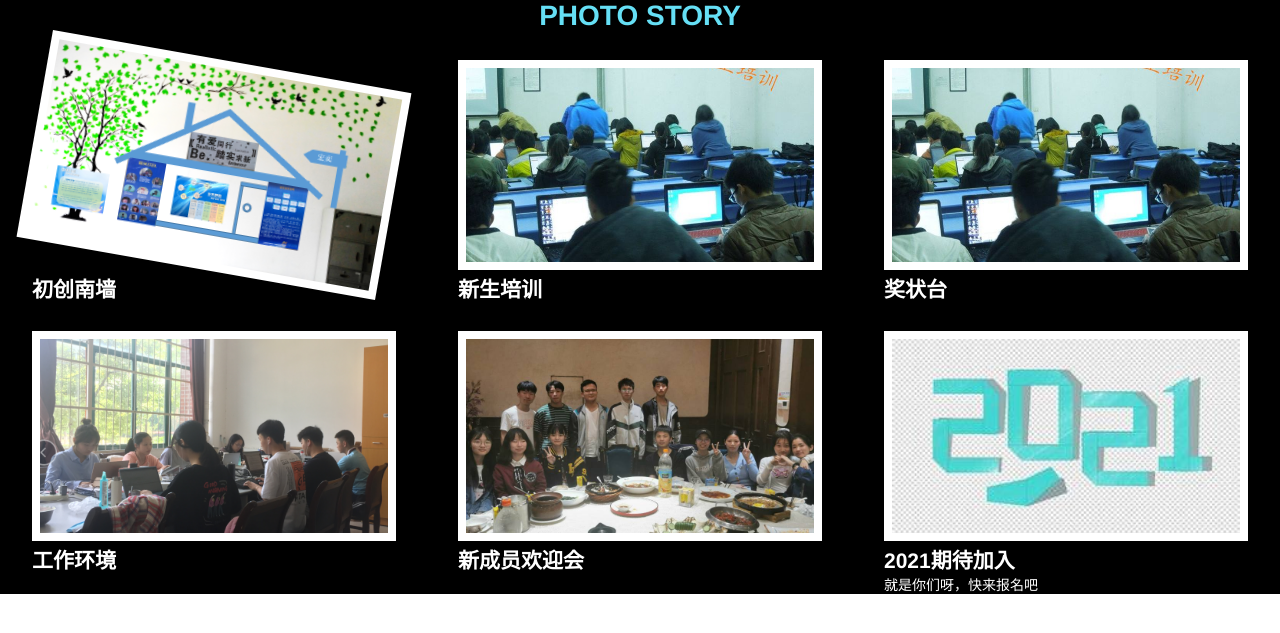
Repository: Homyit20/website
Page: /#/photo
These files come from the project's save history. The page is drawn as it stood at one moment and after the next save; the edit follows.
The browser window is 1280 px wide. The pictures show the whole page.
The project was rebuilt for these pictures with package versions that can differ from the ones it lists, and the page was loaded fresh each time. Also part of the build but not shown: vue.config.js.

Above is the page before, as saved 2021-08-10 15:08:06.

### public/index.html
<!DOCTYPE html>
<html lang="">
  <head>
    <meta charset="utf-8">
    <meta http-equiv="X-UA-Compatible" content="IE=edge">
    <meta name="viewport" content="width=device-width,initial-scale=1.0">
    <link rel="icon" href="<%= BASE_URL %>favicon.ico">
    <!-- <title><%= htmlWebpackPlugin.options.title %></title> -->
    <title><%= htmlWebpackPlugin.options.title %></title>
    <style>
      *{
        cursor: url("火箭.ico"),auto;
      }
      .body{
        overflow-x: hidden;
      }
    </style>
  </head>
  <body class="body">
    <noscript>
      <strong>We're sorry but <%= htmlWebpackPlugin.options.title %> doesn't work properly without JavaScript enabled. Please enable it to continue.</strong>
    </noscript>
    <div id="app"></div>
    <!-- built files will be auto injected -->
  </body>
</html>

### src/main.js
import Vue from 'vue'
import App from './App.vue'
import router from './router'
import store from './store'
// import VueCookies from 'vue-cookies'
// import axios from 'axios'
// import VueAxios from 'vue-axios'
import 'animate.css/animate.min.css'
// Vue.use(VueCookies)
// Vue.use(VueAxios, axios);

Vue.config.productionTip = false

new Vue({
  router,
  store,
  render: h => h(App),
}).$mount('#app')

//报名成功或者已报名才可进入二维码页面
router.beforeEach((to, from, next) => {
  //路由导航
  if (to.meta.islogin) {

    if (store.state.success == 1) {
      next()
    } else {
      next({
        path: from.path
      })
    }
  } else {

    if (to.meta.islogin) {
      if (store.state.success == 1) {
        next()
      } else {
        next({
          path: from.path
        })
      }
    } else {
      next()
    }
  }
})
window.onload = function(){
  document.title = "HOMYIT STUDIO"
}

### src/App.vue
<template>
  <div id="app">
    <router-view></router-view>
  </div>
</template>

<script>
// import NavBar from "./components/enter/enter.vue"
export default {
  name: "App"
};
</script>

<style>
* {
  margin: 0;
  padding: 0;
  box-sizing: border-box;
}
html {
  font-size: 14px;
}
#app {
  font-family: Avenir, Helvetica, Arial, sans-serif;
}
</style>

### src/router/index.js
import Vue from 'vue'
import VueRouter from 'vue-router'

Vue.use(VueRouter);

const routes = [
    {
        path: '/',
        redirect: '/enter',
        meta : {
            title : 'enter'
        }
    },
    {
        path: '/technique',
        component: () => import('../views/technique.vue'),
        meta : {
            title : 'technique'
        }
    },
    {
        path: '/develop',
        component: () => import('../views/develop.vue'),
        meta : {
            title : 'develop'
        }
    },
    {
        path: '/enter',
        component: () => import('../views/enter.vue'),
        meta : {
            title : 'enter'
        }
    },
    {
        path: '/login',
        component: () => import('../views/login.vue'),
        redirect: '/login/loginform',
        children: [{
            path: '/login/loginform',
            component: () => import('../components/content/loginform.vue'),
            meta : {
                title : 'login'
            }
        },
        {
            path: '/login/contact',
            component: () => import('../components/content/contact.vue'),
            meta: {
                islogin: true,
                title : 'contact'
            }
        }
        ]
    },
    {
        path: '/home',
        component: () => import('../views/Home.vue'),
        meta : {
            title : 'home'
        }
    }, {
        path: '/background',
        component: () => import('../views/background.vue'),
        meta : {
            title : 'background'
        }
    },
    {
        path : '/photo',
        component : () => import('../views/photo.vue')
    }
]

const router = new VueRouter({
    routes
})

export default router;

### src/store/index.js
import Vue from 'vue'
import Vuex from 'vuex'

Vue.use(Vuex)

const store = new Vuex.Store({
    state : {
        success : 0,
        isnav : false
    },
    mutations : {
        judge(state){
            state.success = 1
        }
    }
})

export default store;

### src/views/photo.vue
<template>
  <div class="photos-back">
    <h1>PHOTO STORY</h1>
    <div class="photo-content">
      <div class="photo-content-img">
        <img src="../assets/techlogin/images/南墙.png" class="photo-animate-one our-photo" @click="changephoto(0)">
        <h2>初创南墙</h2>
        <p></p>
      </div>
      <div class="photo-content-img">
        <img src="../assets/techlogin/images/新生培训.jpg" class="our-photo" @click="changephoto(1)">
        <h2>新生培训</h2>
      </div>
      <div class="photo-content-img">
        <img src="../assets/techlogin/images/新生培训.jpg" class="our-photo" @click="changephoto(2)">
        <h2>奖状台</h2>
      </div>
      <div class="photo-content-img">
        <img src="../assets/techlogin/images/工作环境.png" class="our-photo" @click="changephoto(3)">
        <h2>工作环境</h2>
      </div>
      <div class="photo-content-img">
        <img src="../assets/techlogin/images/2020.jpg" class="our-photo" @click="changephoto(4)">
        <h2>新成员欢迎会</h2>
      </div>
      <div class="photo-content-img">
        <img src="../assets/techlogin/images/2021.jpg" class="our-photo" @click="changephoto(5)">
        <h2>2021期待加入</h2>
        <p>就是你们呀，快来报名吧</p>
      </div>
    </div>
  </div>
</template>

<script>
  let photobefore = 0;
  export default {
    name : 'photo',
    methods:{
      changephoto(value){
        let ourphoto = document.getElementsByClassName('our-photo');
        ourphoto[photobefore].classList.remove('photo-animate-one');
        ourphoto[value].classList.add('photo-animate-one');
        photobefore = value;
      }
    }
  }
</script>

<style>
.photos-back{
  width: 100vw;
  background-color: #000;
  display: flex;
  flex-direction: column;
  align-items: center;
  color: #65dff5;
}
.photo-content{
  display: flex;
  justify-content: space-between;
  flex-wrap: wrap;
  width: 95%;
}
.photo-content-img{
  margin-top: 2rem;
  color: #fff;
}
.photo-content-img img{
  border: 8px solid #fff;
  width: 26rem;
  height: 15rem;
  object-fit: cover;
}
  .photo-animate-one{
    animation: photoone 2s infinite ease-in-out;
  }
/* 动画 */
@keyframes photoone {
  0%{
    transform: rotate(0deg);
  }
  50%{
    transform: rotate(10deg);
  }
  100%{
    transform: rotate(0deg);
  }
}


@media screen and (max-width : 500px){
  .photo-content{
    display: flex;
    flex-direction: column;
    align-items: center;
 }
   .photo-content-img img{
    width: 22rem;
    height: 12rem;
  }
}
</style>

After the next save:
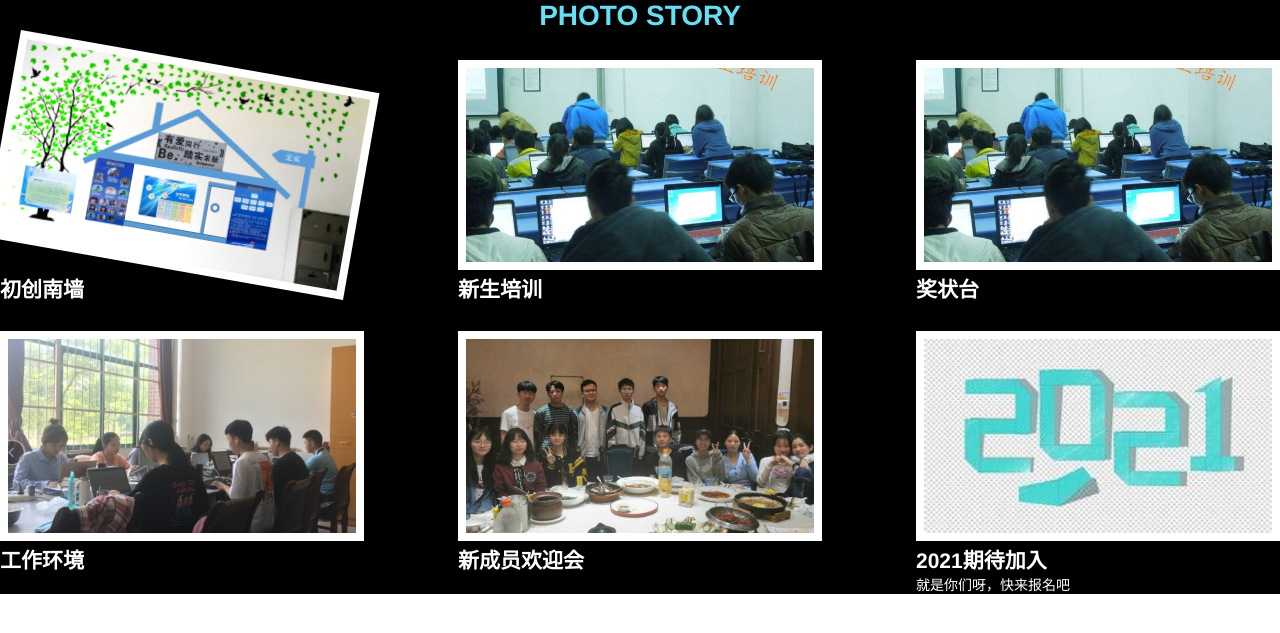
Saved 81 s later.
--- a/src/views/photo.vue
+++ b/src/views/photo.vue
@@ -60,7 +60,6 @@
   display: flex;
   justify-content: space-between;
   flex-wrap: wrap;
-  width: 95%;
 }
 .photo-content-img{
   margin-top: 2rem;
